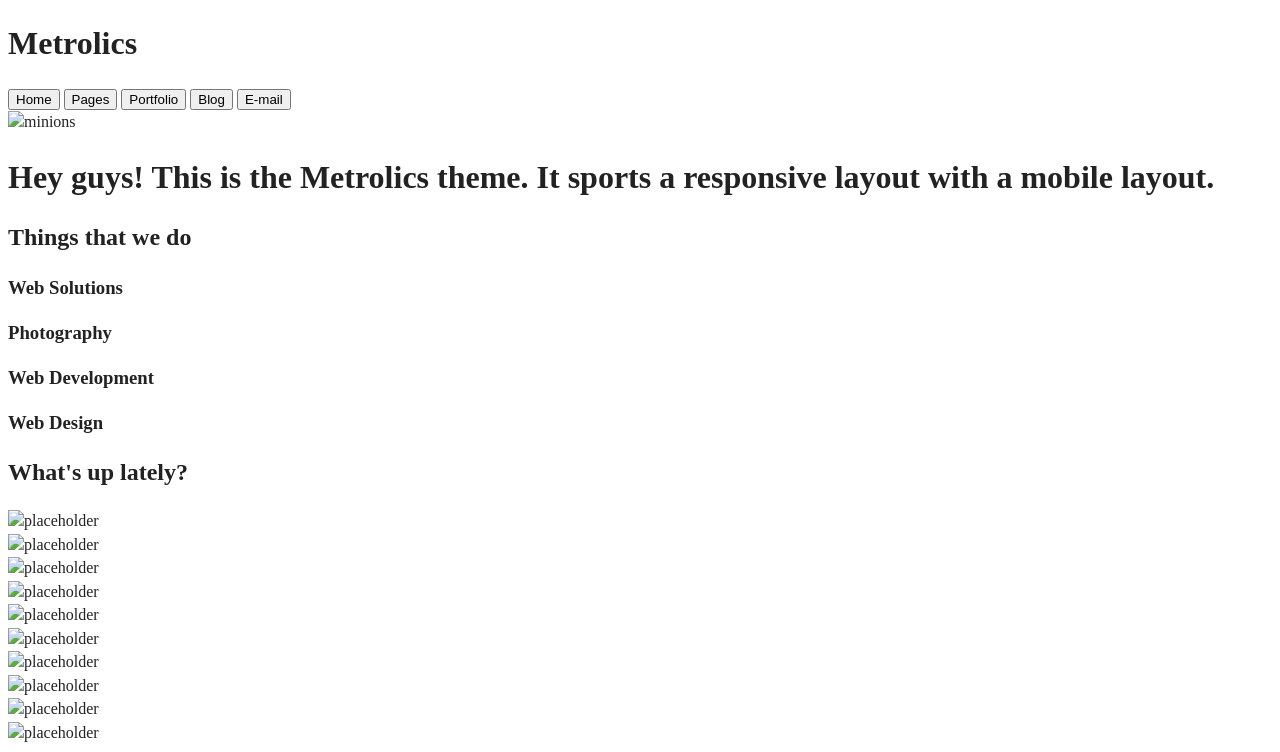
Repository: alemunden/HTML-Structure-and-Git
Page: index.html
An editor plug-in stored every save of this project. The page is shown before and after the next save, followed by the edit.
The browser window is 1280 px wide. The pictures show the whole page.

Above is the page before, as saved 2024-01-24 19:45:24.

### index.html
<!doctype html>
<html class="no-js" lang="">

<head>
  <meta charset="utf-8">
  <meta name="viewport" content="width=device-width, initial-scale=1">
  <title></title>
  <link rel="stylesheet" href="css/style.css">
  <meta name="description" content="">

  <meta property="og:title" content="">
  <meta property="og:type" content="">
  <meta property="og:url" content="">
  <meta property="og:image" content="">

  <link rel="icon" href="/favicon.ico" sizes="any">
  <link rel="icon" href="/icon.svg" type="image/svg+xml">
  <link rel="apple-touch-icon" href="icon.png">

  <link rel="manifest" href="site.webmanifest">
  <meta name="theme-color" content="#fafafa">
</head>

<body>
  <header class="page-header page-header-home">
    <div class="inner-container">
      <div class="content-container">
        <h1>Metrolics</h1>
      </div>
      <div class="content-container">
        <button class="navigation-button">Home</button>
        <button class="navigation-button">Pages</button>
        <button class="navigation-button">Portfolio</button>
        <button class="navigation-button">Blog</button>
        <button class="navigation-button">E-mail</button>
      </div>
    </div>
  </header>

  <div class="section section-image">
    <div class="inner-container">
      <div class="content-container">
        <img alt="minions">
      </div>
    </div>
  </div>

  <div class="section section-title">
    <div class="inner-container">
      <div class="content-container">
        <h1>Hey guys! This is the Metrolics theme. It sports a responsive layout with a mobile layout.</h1>
      </div>
    </div>
  </div>

  <div class="section section-ourthings">
    <div class="inner-container">
      <div class="content-container">
        <h2>Things that we do</h2>
      </div>
      <div class="content-container">
        <h3>Web Solutions</h3>
      </div>
      <div class="content-container">
        <h3>Photography</h3>
      </div>
      <div class="content-container">
        <h3>Web Development</h3>
      </div>
      <div class="content-container">
        <h3>Web Design</h3>
      </div>
    </div>
  </div>

  <div class="section section-news">
    <div>
      <div class="content-container">
        <h2>What's up lately?</h2>
      </div>
      <div class="content-container">
        <img alt="placeholder">
      </div>
      <div class="content-container">
        <img alt="placeholder">
      </div>
      <div class="content-container">
        <img alt="placeholder">
      </div>
    </div>
  </div>

  <div class="section section-projects">
    <div class="inner-container">
      <div class="content-container">
        <img alt="placeholder">
      </div>
      <div class="content-container">
        <img alt="placeholder">
      </div>
      <div class="content-container">
        <img alt="placeholder">
      </div>
      <div class="content-container">
        <img alt="placeholder">
      </div>
      <div class="content-container">
        <img alt="placeholder">
      </div>
      <div class="content-container">
        <img alt="placeholder">
      </div>
      <div class="content-container">
        <img alt="placeholder">
      </div>
    </div>
  </div>

  <script src="js/app.js"></script>
</body>

</html>

### css/style.css
/*! HTML5 Boilerplate v9.0.0-RC1 | MIT License | https://html5boilerplate.com/ */

/* main.css 3.0.0 | MIT License | https://github.com/h5bp/main.css#readme */
/*
 * What follows is the result of much research on cross-browser styling.
 * Credit left inline and big thanks to Nicolas Gallagher, Jonathan Neal,
 * Kroc Camen, and the H5BP dev community and team.
 */

/* ==========================================================================
   Base styles: opinionated defaults
   ========================================================================== */

html {
  color: #222;
  font-size: 1em;
  line-height: 1.4;
}

/*
 * Remove text-shadow in selection highlight:
 * https://twitter.com/miketaylr/status/12228805301
 *
 * Customize the background color to match your design.
 */

::-moz-selection {
  background: #b3d4fc;
  text-shadow: none;
}

::selection {
  background: #b3d4fc;
  text-shadow: none;
}

/*
 * A better looking default horizontal rule
 */

hr {
  display: block;
  height: 1px;
  border: 0;
  border-top: 1px solid #ccc;
  margin: 1em 0;
  padding: 0;
}

/*
 * Remove the gap between audio, canvas, iframes,
 * images, videos and the bottom of their containers:
 * https://github.com/h5bp/html5-boilerplate/issues/440
 */

audio,
canvas,
iframe,
img,
svg,
video {
  vertical-align: middle;
}

/*
 * Remove default fieldset styles.
 */

fieldset {
  border: 0;
  margin: 0;
  padding: 0;
}

/*
 * Allow only vertical resizing of textareas.
 */

textarea {
  resize: vertical;
}

/* ==========================================================================
   Author's custom styles
   ========================================================================== */

/* ==========================================================================
   Helper classes
   ========================================================================== */

/*
 * Hide visually and from screen readers
 */

.hidden,
[hidden] {
  display: none !important;
}

/*
 * Hide only visually, but have it available for screen readers:
 * https://snook.ca/archives/html_and_css/hiding-content-for-accessibility
 *
 * 1. For long content, line feeds are not interpreted as spaces and small width
 *    causes content to wrap 1 word per line:
 *    https://medium.com/@jessebeach/beware-smushed-off-screen-accessible-text-5952a4c2cbfe
 */

.visually-hidden {
  border: 0;
  clip: rect(0, 0, 0, 0);
  height: 1px;
  margin: -1px;
  overflow: hidden;
  padding: 0;
  position: absolute;
  white-space: nowrap;
  width: 1px;
  /* 1 */
}

/*
 * Extends the .visually-hidden class to allow the element
 * to be focusable when navigated to via the keyboard:
 * https://www.drupal.org/node/897638
 */

.visually-hidden.focusable:active,
.visually-hidden.focusable:focus {
  clip: auto;
  height: auto;
  margin: 0;
  overflow: visible;
  position: static;
  white-space: inherit;
  width: auto;
}

/*
 * Hide visually and from screen readers, but maintain layout
 */

.invisible {
  visibility: hidden;
}

/*
 * Clearfix: contain floats
 *
 * The use of `table` rather than `block` is only necessary if using
 * `::before` to contain the top-margins of child elements.
 */

.clearfix::before,
.clearfix::after {
  content: "";
  display: table;
}

.clearfix::after {
  clear: both;
}

/* ==========================================================================
   EXAMPLE Media Queries for Responsive Design.
   These examples override the primary ('mobile first') styles.
   Modify as content requires.
   ========================================================================== */

@media only screen and (min-width: 35em) {
  /* Style adjustments for viewports that meet the condition */
}

@media print,
  (-webkit-min-device-pixel-ratio: 1.25),
  (min-resolution: 1.25dppx),
  (min-resolution: 120dpi) {
  /* Style adjustments for high resolution devices */
}

/* ==========================================================================
   Print styles.
   Inlined to avoid the additional HTTP request:
   https://www.phpied.com/delay-loading-your-print-css/
   ========================================================================== */

@media print {
  *,
  *::before,
  *::after {
    background: #fff !important;
    color: #000 !important;
    /* Black prints faster */
    box-shadow: none !important;
    text-shadow: none !important;
  }

  a,
  a:visited {
    text-decoration: underline;
  }

  a[href]::after {
    content: " (" attr(href) ")";
  }

  abbr[title]::after {
    content: " (" attr(title) ")";
  }

  /*
   * Don't show links that are fragment identifiers,
   * or use the `javascript:` pseudo protocol
   */
  a[href^="#"]::after,
  a[href^="javascript:"]::after {
    content: "";
  }

  pre {
    white-space: pre-wrap !important;
  }

  pre,
  blockquote {
    border: 1px solid #999;
    page-break-inside: avoid;
  }

  tr,
  img {
    page-break-inside: avoid;
  }

  p,
  h2,
  h3 {
    orphans: 3;
    widows: 3;
  }

  h2,
  h3 {
    page-break-after: avoid;
  }
}

Loaded but not shown: js/app.js (no stored copy; drawn as an empty file)

After the next save:
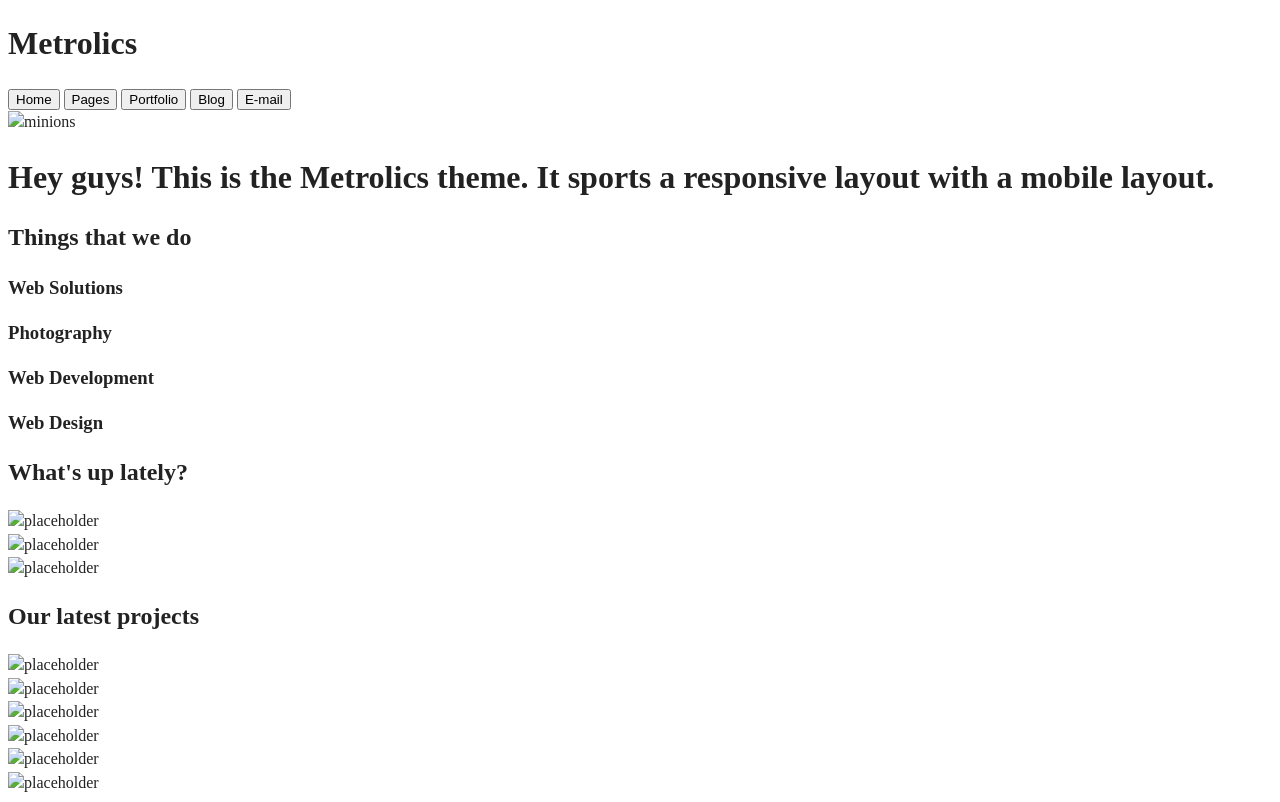
Saved 32 s later.
--- a/index.html
+++ b/index.html
@@ -93,7 +93,7 @@
   <div class="section section-projects">
     <div class="inner-container">
       <div class="content-container">
-        <img alt="placeholder">
+        <h2>Our latest projects</h2>
       </div>
       <div class="content-container">
         <img alt="placeholder">
